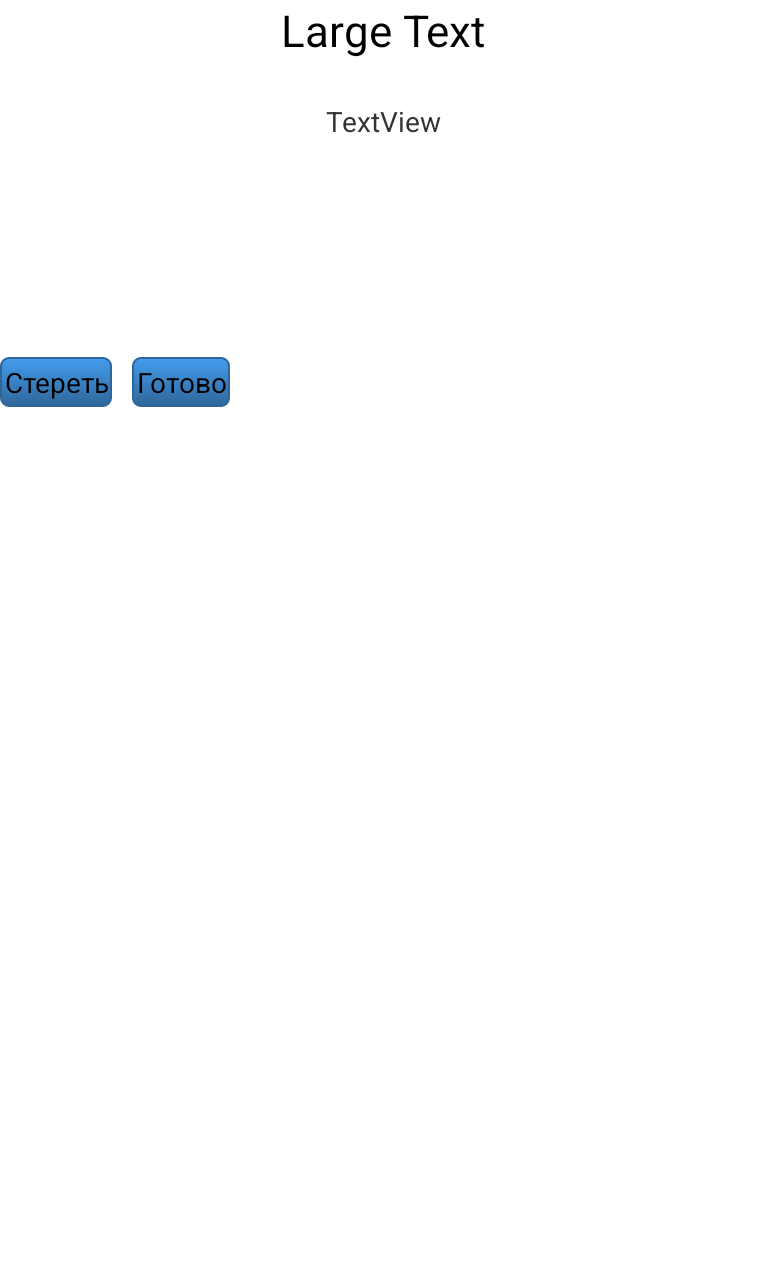
Repository: pcombi/android_dev
Layout: EnglishGrammar/res/layout/tests.xml
An editor plug-in stored every save of this project. The layout is shown before and after the next save, followed by the edit.
It is drawn on a 768 x 1280 px phone screen (xhdpi) without system bars, with theme AppTheme; the app's code is not run.

Above is the layout before, as saved 2012-12-29 14:14:56.

### EnglishGrammar/res/layout/tests.xml
<?xml version="1.0" encoding="utf-8"?>
<LinearLayout xmlns:android="http://schemas.android.com/apk/res/android"
    android:layout_width="match_parent"
    android:layout_height="match_parent"
    android:orientation="vertical"
    android:weightSum="130">

    <TextView
        android:id="@+id/tvQuestion"
        android:layout_width="wrap_content"
        android:layout_height="wrap_content"
        android:layout_gravity="center"
        android:text="Large Text"
        android:layout_weight="5"
        android:textAppearance="?android:attr/textAppearanceLarge" />

    <TextView
        android:id="@+id/tvAnswer"
        android:layout_weight="5"
        android:layout_width="wrap_content"
        android:layout_height="wrap_content"
        android:layout_gravity="center"
        android:text="TextView" />

    <LinearLayout
        android:id="@+id/lAnswers"
        android:layout_width="match_parent"
        android:layout_height="wrap_content"
        android:layout_weight="20"
        android:orientation="vertical" >

        <LinearLayout
            android:id="@+id/lhorAnswers"
            android:layout_width="match_parent"
            android:layout_height="wrap_content"
            android:orientation="horizontal" >
        </LinearLayout>
    </LinearLayout>

    <LinearLayout
        android:id="@+id/llButtons"
        android:layout_width="fill_parent"
        android:layout_height="wrap_content"
        android:orientation="horizontal"
        android:layout_weight="20">

        <Button
            android:id="@+id/bErase"
            style="?android:attr/buttonStyleSmall"
            android:layout_width="wrap_content"
            android:background="@drawable/btn_blue"
            android:layout_marginRight="10dp"
            android:layout_height="25dp"
            android:layout_gravity="left"
            android:text="@string/erase" />

        <Button
            android:id="@+id/button1"
            style="?android:attr/buttonStyleSmall"
            android:layout_width="wrap_content"
            android:layout_height="25dp"
            android:layout_gravity="right"
            android:background="@drawable/btn_blue"
            android:text="@string/done" />
    </LinearLayout>

    <LinearLayout
        android:id="@+id/buttonOptions1"
        android:layout_width="wrap_content"
        android:layout_height="wrap_content"
        android:orientation="vertical"
        android:layout_weight="20">
    </LinearLayout>

    <LinearLayout
        android:id="@+id/buttonOptions2"
        android:layout_width="wrap_content"
        android:layout_height="wrap_content"
        android:orientation="vertical"
        android:layout_weight="20">
    </LinearLayout>

    <LinearLayout
        android:id="@+id/buttonOptions3"
        android:layout_width="wrap_content"
        android:layout_height="wrap_content"
        android:orientation="vertical"
        android:layout_weight="20">
    </LinearLayout>

    <LinearLayout
        android:id="@+id/buttonOptions4"
        android:layout_width="wrap_content"
        android:layout_height="wrap_content"
        android:orientation="vertical"
        android:layout_weight="20">
    </LinearLayout>

</LinearLayout>

### EnglishGrammar/res/drawable/btn_blue.xml
<?xml version="1.0" encoding="utf-8"?>
<selector xmlns:android="http://schemas.android.com/apk/res/android">
    <item android:state_pressed="true" >
        <shape>
            <solid
                android:color="#449def" />
            <stroke
                android:width="1dp"
                android:color="#2f6699" />
            <corners
                android:radius="4dp" />
            <padding
                android:left="2dp"
                android:top="2dp"
                android:right="2dp"
                android:bottom="2dp" />
        </shape>
    </item>
    <item>
        <shape>
            <gradient
                android:startColor="#449def"
                android:endColor="#2f6699"
                android:angle="270" />
            <stroke
                android:width="1dp"
                android:color="#2f6699" />

            <corners
                android:radius="4dp" />
            <padding
                android:left="2dp"
                android:top="2dp"
                android:right="2dp"
                android:bottom="2dp" />
        </shape>
    </item>
</selector>

### EnglishGrammar/res/values/strings.xml
<resources>

    <string name="app_name">EnglishGrammar</string>
    <string name="lessons">Теория</string>
    <string name="tests">Тесты</string>
    <string name="exit">Выход</string>
    <string name="erase">Стереть</string>
    <string name="done">Готово</string>
    <style name="ButtonText">
	    <item name="android:layout_width">fill_parent</item>
	    <item name="android:layout_height">wrap_content</item>
	    <item name="android:textColor">#ffffff</item>
	    <item name="android:gravity">center</item>
	    <item name="android:layout_margin">1dp</item>
	    <item name="android:textSize">17dp</item>
	    <item name="android:textStyle">bold</item>
	    <item name="android:shadowColor">#000000</item>
	    <item name="android:shadowDx">1</item>
	    <item name="android:shadowDy">1</item>
	    <item name="android:shadowRadius">2</item>
	</style>

</resources>

Loaded but not shown: EnglishGrammar/res/values/styles.xml (common file); EnglishGrammar/res/values-v11/styles.xml (common file); EnglishGrammar/res/values-v14/styles.xml (common file)

After the next save:
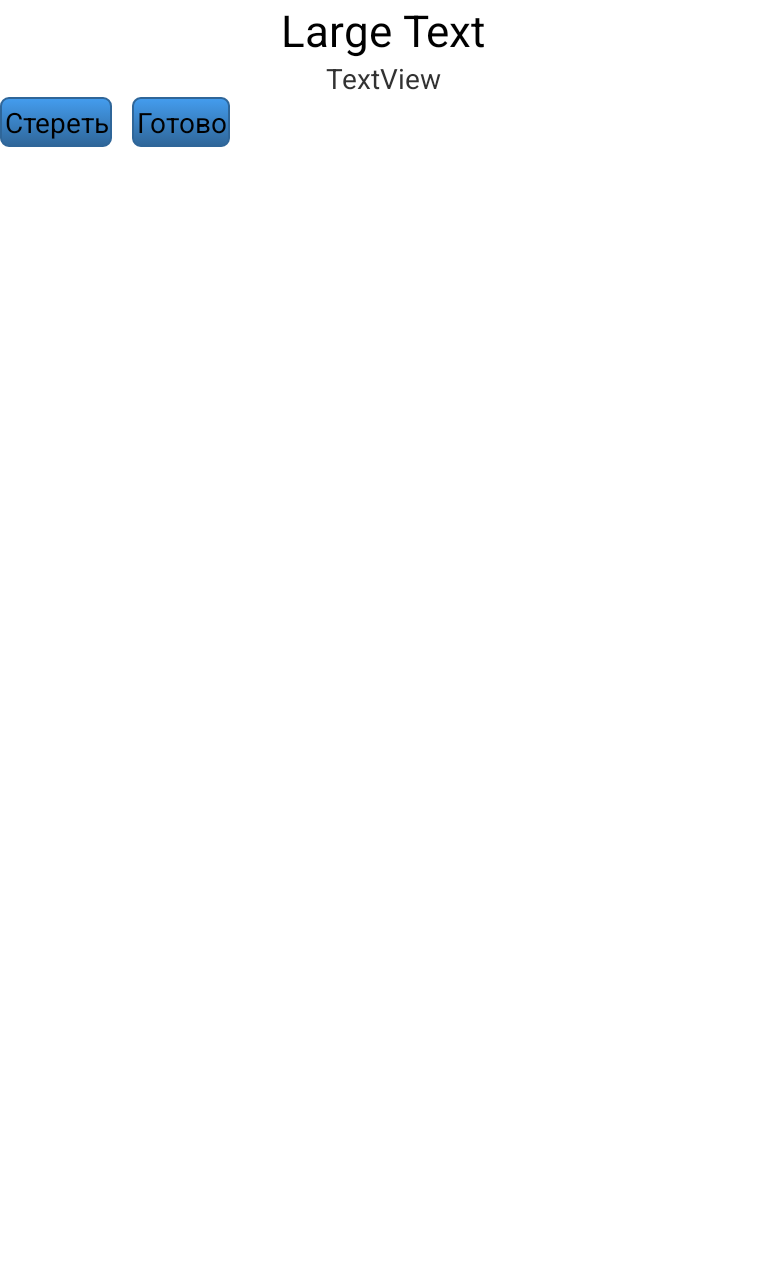
Saved 93 s later.
--- a/EnglishGrammar/res/layout/tests.xml
+++ b/EnglishGrammar/res/layout/tests.xml
@@ -11,12 +11,10 @@
         android:layout_height="wrap_content"
         android:layout_gravity="center"
         android:text="Large Text"
-        android:layout_weight="5"
         android:textAppearance="?android:attr/textAppearanceLarge" />
 
     <TextView
         android:id="@+id/tvAnswer"
-        android:layout_weight="5"
         android:layout_width="wrap_content"
         android:layout_height="wrap_content"
         android:layout_gravity="center"
@@ -26,7 +24,6 @@
         android:id="@+id/lAnswers"
         android:layout_width="match_parent"
         android:layout_height="wrap_content"
-        android:layout_weight="20"
         android:orientation="vertical" >
 
         <LinearLayout
@@ -41,8 +38,7 @@
         android:id="@+id/llButtons"
         android:layout_width="fill_parent"
         android:layout_height="wrap_content"
-        android:orientation="horizontal"
-        android:layout_weight="20">
+        android:orientation="horizontal">
 
         <Button
             android:id="@+id/bErase"
@@ -68,32 +64,28 @@
         android:id="@+id/buttonOptions1"
         android:layout_width="wrap_content"
         android:layout_height="wrap_content"
-        android:orientation="vertical"
-        android:layout_weight="20">
+        android:orientation="vertical">
     </LinearLayout>
 
     <LinearLayout
         android:id="@+id/buttonOptions2"
         android:layout_width="wrap_content"
         android:layout_height="wrap_content"
-        android:orientation="vertical"
-        android:layout_weight="20">
+        android:orientation="vertical" >
     </LinearLayout>
 
     <LinearLayout
         android:id="@+id/buttonOptions3"
         android:layout_width="wrap_content"
         android:layout_height="wrap_content"
-        android:orientation="vertical"
-        android:layout_weight="20">
+        android:orientation="vertical" >
     </LinearLayout>
 
     <LinearLayout
         android:id="@+id/buttonOptions4"
         android:layout_width="wrap_content"
         android:layout_height="wrap_content"
-        android:orientation="vertical"
-        android:layout_weight="20">
+        android:orientation="vertical">
     </LinearLayout>
 
 </LinearLayout>
